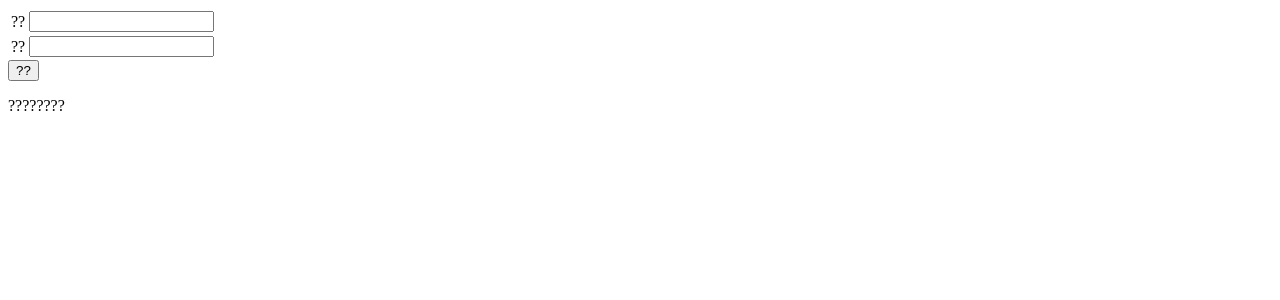
Repository: maypast/AddressBook
Page: http://localhost/AddressBook/login2.jsp
An editor plug-in stored every save of this project. The page is shown before and after the next save, followed by the edit.
The browser window is 1280 px wide. The pictures show the whole page.
The page is served by Tomcat 9.

Above is the page before, as saved 2018-06-14 08:18:31.

### AddressBook/WebContent/login2.jsp
<%@ page language="java" contentType="text/html; charset=ISO-8859-1"
    pageEncoding="UTF-8"%>
<!DOCTYPE html PUBLIC "-//W3C//DTD HTML 4.01 Transitional//EN" "http://www.w3.org/TR/html4/loose.dtd">
<html>
<head>
<meta http-equiv="Content-Type" content="text/html; charset=ISO-8859-1">
<title>Insert title here</title>
</head>
<body>
<form action="">
<table>
<tr>
<td>账户</td>
<td><input type="text"></td>
</tr>
<tr>
<td>密码</td>
<td><input type="password"></td>
</tr>
</table>
<input type="submit" value="登录">
</form>
<p>是用户？<a herf=>用户登录</a></p>
</body>
</html>

After the next save:
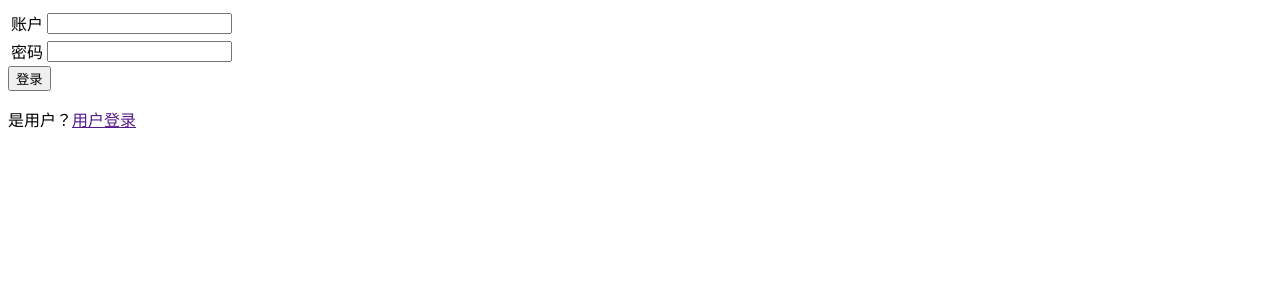
Saved 12 min 45 s later.
--- a/AddressBook/WebContent/login2.jsp
+++ b/AddressBook/WebContent/login2.jsp
@@ -1,10 +1,11 @@
-<%@ page language="java" contentType="text/html; charset=ISO-8859-1"
+<%@ page language="java" contentType="text/html; charset=UTF-8"
     pageEncoding="UTF-8"%>
-<!DOCTYPE html PUBLIC "-//W3C//DTD HTML 4.01 Transitional//EN" "http://www.w3.org/TR/html4/loose.dtd">
-<html>
+    <%@ taglib prefix="s" uri="/struts-tags" %>
+<!DOCTYPE HTML PUBLIC "-//W3C//DTD HTML 4.01 Frameset//EN" "http://www.w3c.org/TR/1999/REC-html401-19991224/frameset.dtd">
+<html xmlns="http://www.w3.org/1999/xhtml">
 <head>
-<meta http-equiv="Content-Type" content="text/html; charset=ISO-8859-1">
-<title>Insert title here</title>
+<meta http-equiv=Content-Type content="text/html; charset=utf-8">
+<title>管理员登录</title>
 </head>
 <body>
 <form action="">
@@ -20,6 +21,7 @@
 </table>
 <input type="submit" value="登录">
 </form>
-<p>是用户？<a herf=>用户登录</a></p>
+<p>是用户？<a href="">用户登录</a></p>
+<a href=
 </body>
 </html>
